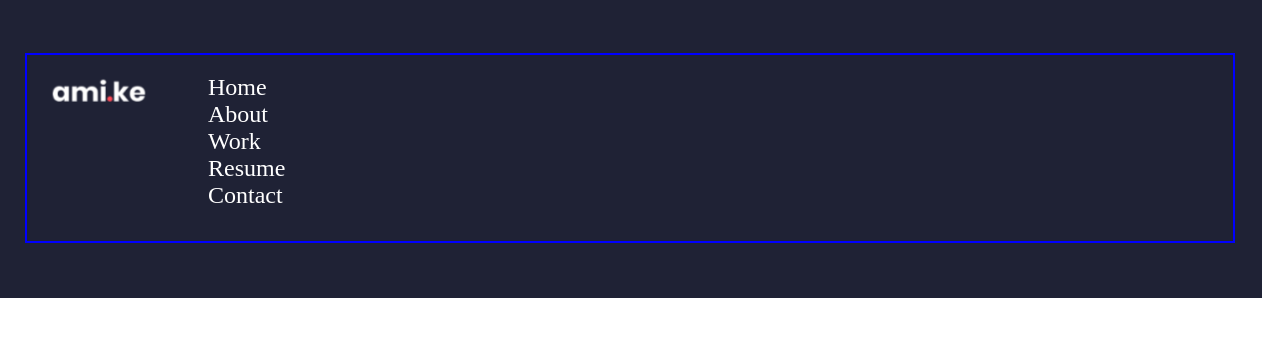
Repository: imokha01/HTML
Page: index.html
The author's editor kept a copy of each file at every save. The page is drawn from the files as they stood at one save, then again after the next save.
The browser window is 1280 px wide. The pictures show the whole page.

Above is the page before, as saved 2023-11-18 13:19:06.

After the next save:
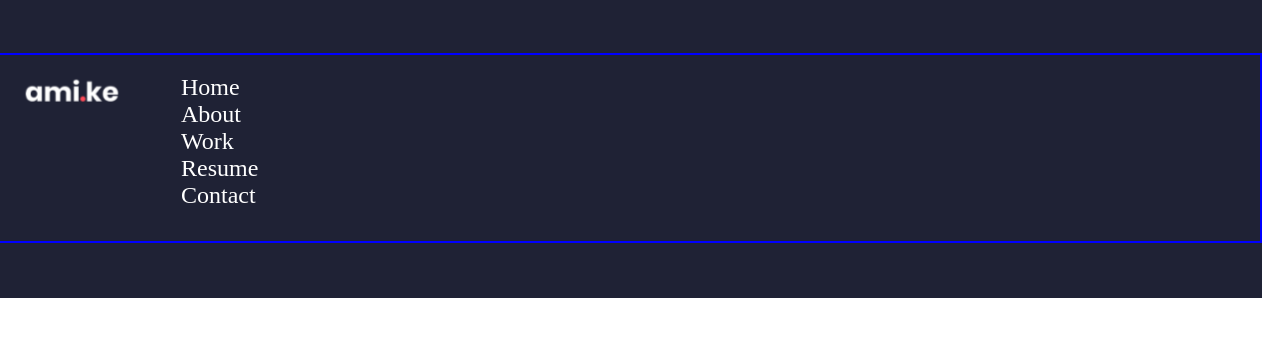
Saved 9 s later.
--- a/index.css
+++ b/index.css
@@ -15,7 +15,7 @@
     margin: auto ;
     padding: 3px;
     height: 60%;
-    width: 1200px;
+    width: 1300px;
    border: 2px solid blue;
 
 }

After the save that followed:
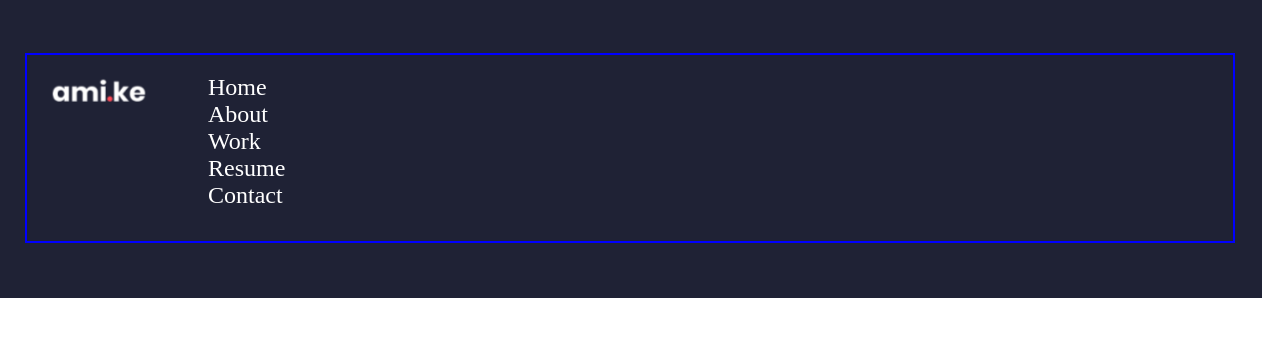
Saved 18 s later.
--- a/index.css
+++ b/index.css
@@ -15,7 +15,7 @@
     margin: auto ;
     padding: 3px;
     height: 60%;
-    width: 1300px;
+    width: 1200px;
    border: 2px solid blue;
 
 }
